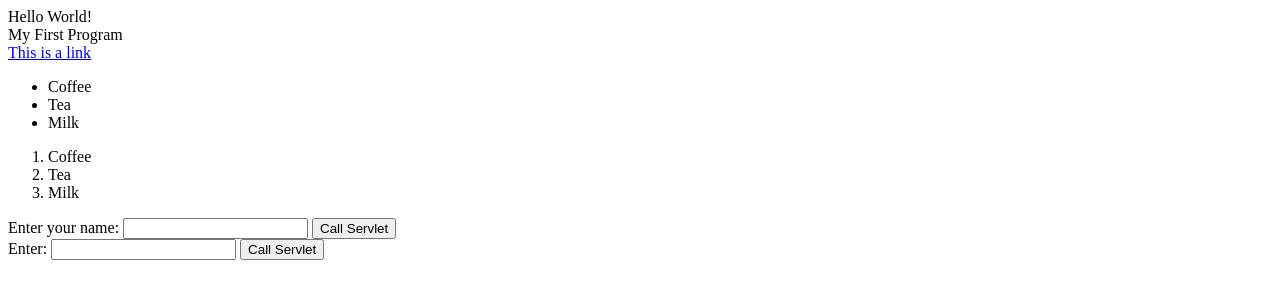
Repository: JayaramaNalka/Read-And-Sort-Name-in-Text-File
Page: http://localhost/HelloWorldJSP/helloWorld.jsp
These files come from the project's save history. The page is drawn as it stood at one moment and after the next save; the edit follows.
The browser window is 1280 px wide. The pictures show the whole page.
The page is served by Tomcat 9.

Above is the page before, as saved 2018-07-10 10:34:50.

After the next save:
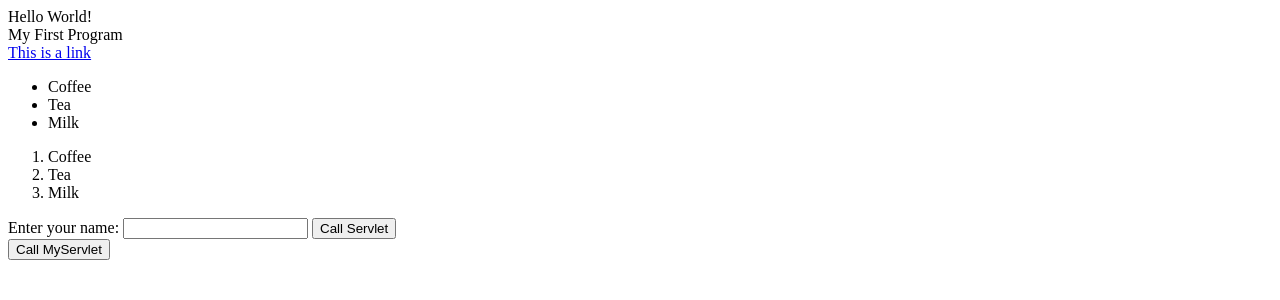
Saved 12 s later.
--- a/HelloWorldJSP/WebContent/helloWorld.jsp
+++ b/HelloWorldJSP/WebContent/helloWorld.jsp
@@ -30,8 +30,8 @@
 </form>
 
 <form action="MyServlet" >
-    Enter: <input type="text" name="yourName" size="20">
-    <input type="submit" value="Call Servlet" />
+
+    <input type="submit" value="Call MyServlet" />
 </form>
 
 </body>
